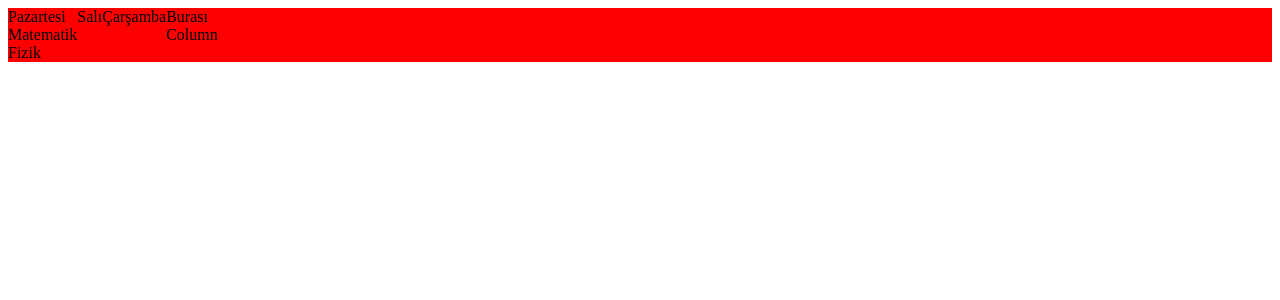
Repository: ahmetbugraozcan/css-ders-programi
Page: deneme2.html
The author's editor kept a copy of each file at every save. The page is drawn from the files as they stood at one save, then again after the next save.
The browser window is 1280 px wide. The pictures show the whole page.

Above is the page before, as saved 2021-07-10 13:43:58.

### deneme2.html
<!DOCTYPE html>
<html>
<head>
    <style>


        .row{
            display: flex;
            flex-direction: row;
            background-color: red;
        }
        .column{
            display: flex;
            flex-direction: column;
            background-color: red;
            width: 400;
            height: 400;
        }


    </style>
</head>

<body>

    <div class="row">
        <div>Pazartesi
            <div class="column">Matematik <div>Fizik</div></div>
        </div>
        <div>Salı</div>
        <div>Çarşamba</div>
        <div class="column">
            <div>Burası</div>
            <div>Column</div>
        </div>
    </div>

</body>

</html>

After the next save:
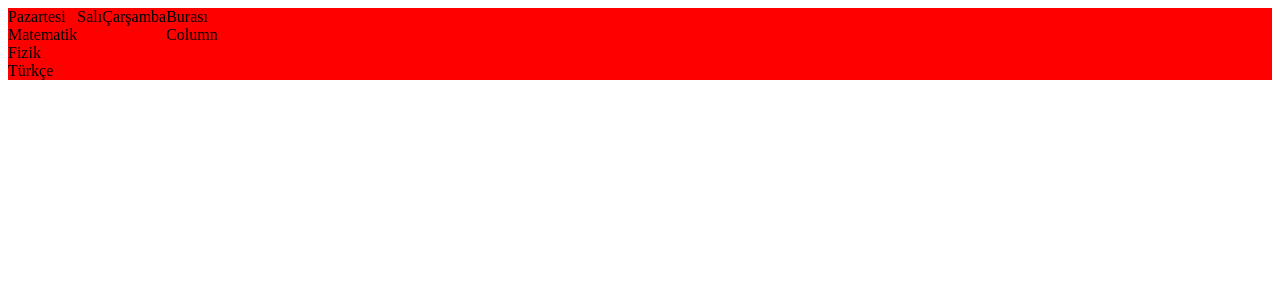
Saved 7 s later.
--- a/deneme2.html
+++ b/deneme2.html
@@ -25,7 +25,7 @@
 
     <div class="row">
         <div>Pazartesi
-            <div class="column">Matematik <div>Fizik</div></div>
+            <div class="column">Matematik <div>Fizik</div><div>Türkçe</div></div>
         </div>
         <div>Salı</div>
         <div>Çarşamba</div>
